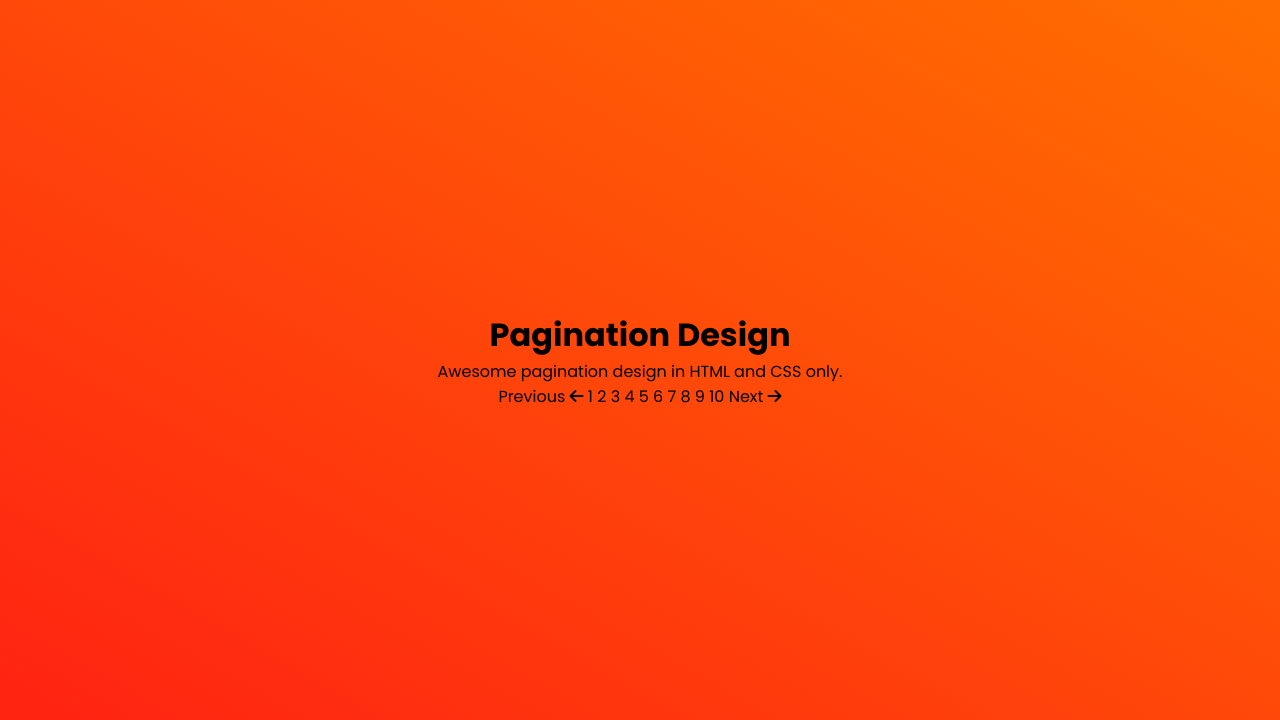
Repository: Ankitkr2021/Awesome-Pagination
Page: index.html
An editor plug-in stored every save of this project. The page is shown before and after the next save, followed by the edit.
The browser window is 1280 px wide. The pictures show the whole page.

Above is the page before, as saved 2025-10-02 08:56:25.

After the next save:
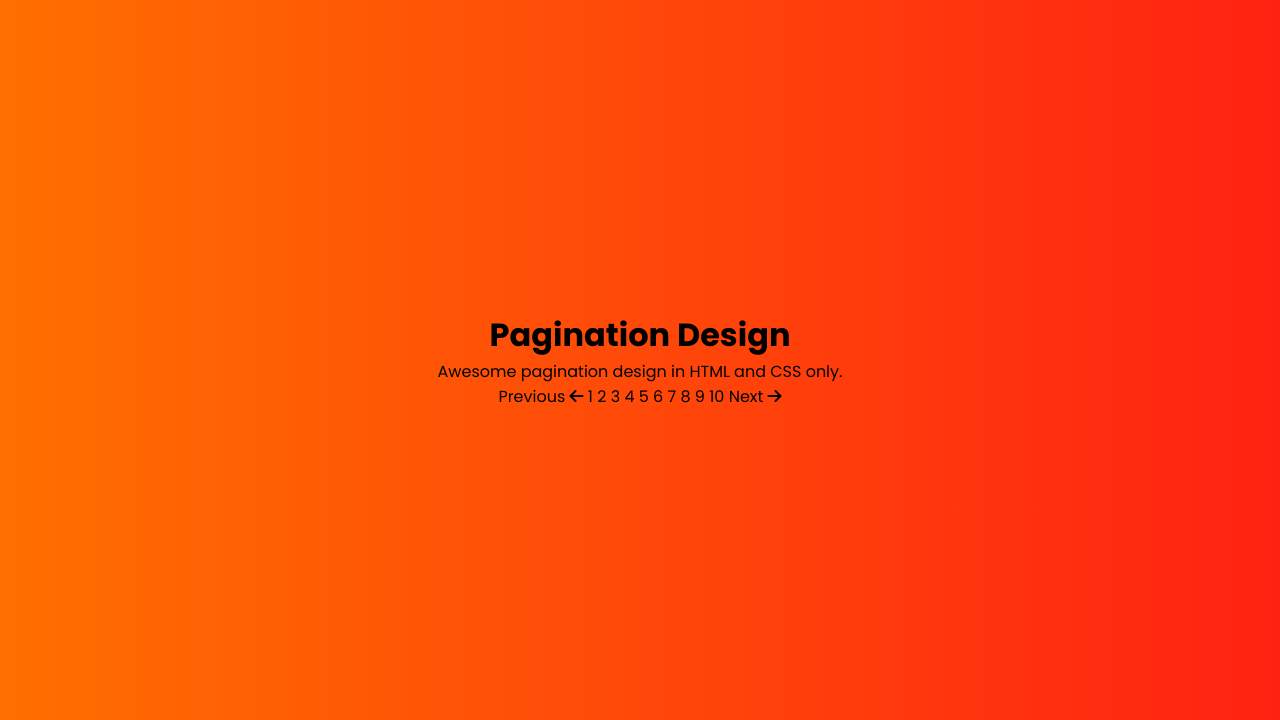
Saved 5 s later.
--- a/style.css
+++ b/style.css
@@ -13,7 +13,7 @@ body{
    align-items: center;
     height: 100vh;
     width: 100%;
-    background: linear-gradient(to bottom left, rgb(255, 111, 0), rgb(255, 34, 18));
+    background: linear-gradient(to right, rgb(255, 111, 0), rgb(255, 34, 18));
 }
 
 .page{
